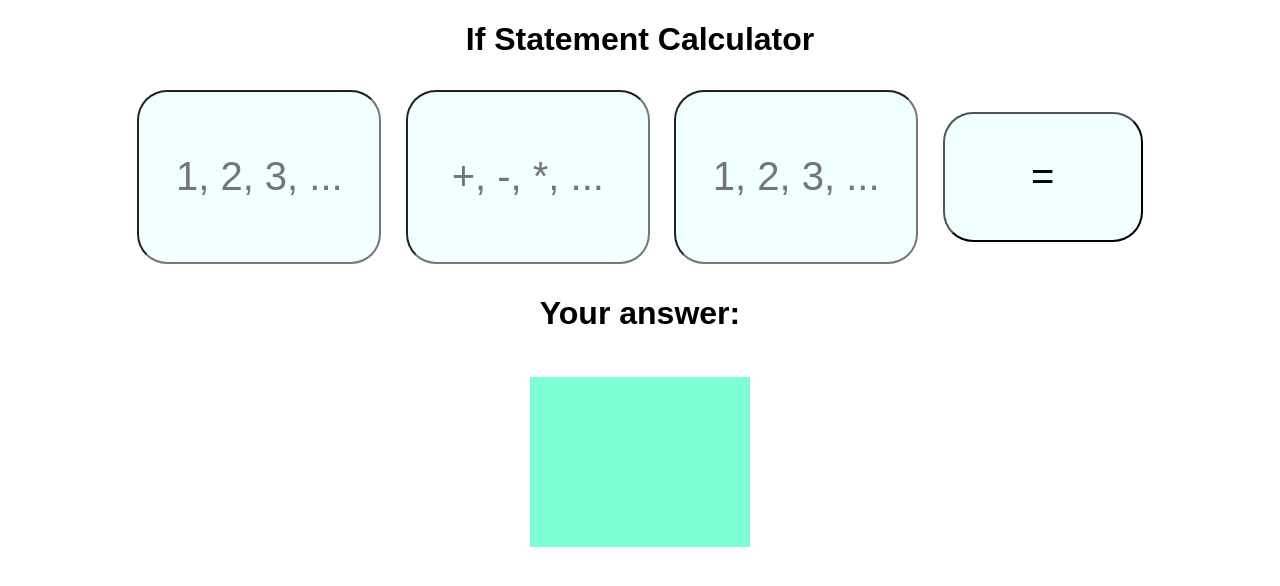
Repository: WesleyErasmus/threeInputCalculator
Page: html/if-calculator.html
An editor plug-in stored every save of this project. The page is shown before and after the next save, followed by the edit.
The browser window is 1280 px wide. The pictures show the whole page.

Above is the page before, as saved 2022-04-27 22:20:54.

After the next save:
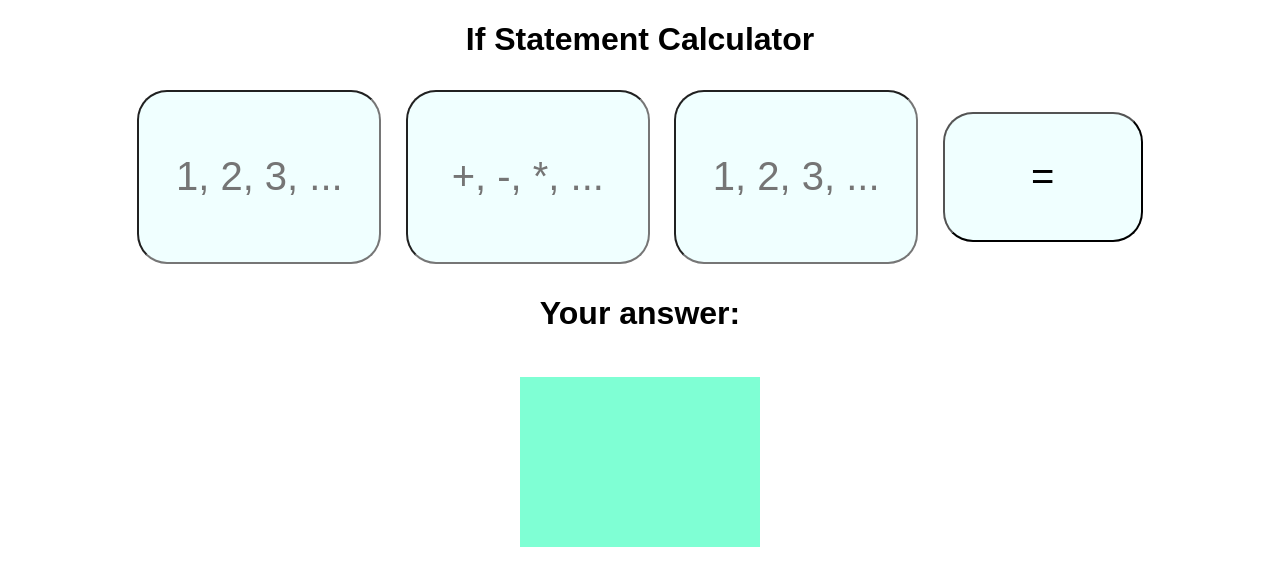
Saved 9 s later.
--- a/css/stylesheet.css
+++ b/css/stylesheet.css
@@ -27,7 +27,7 @@ button {
 p {
     text-align: center !important;
     vertical-align: middle !important;
-    width: 180px;
+    width: 200px;
     height: 130px;
     padding: 20px;
     font-size: 45px;
